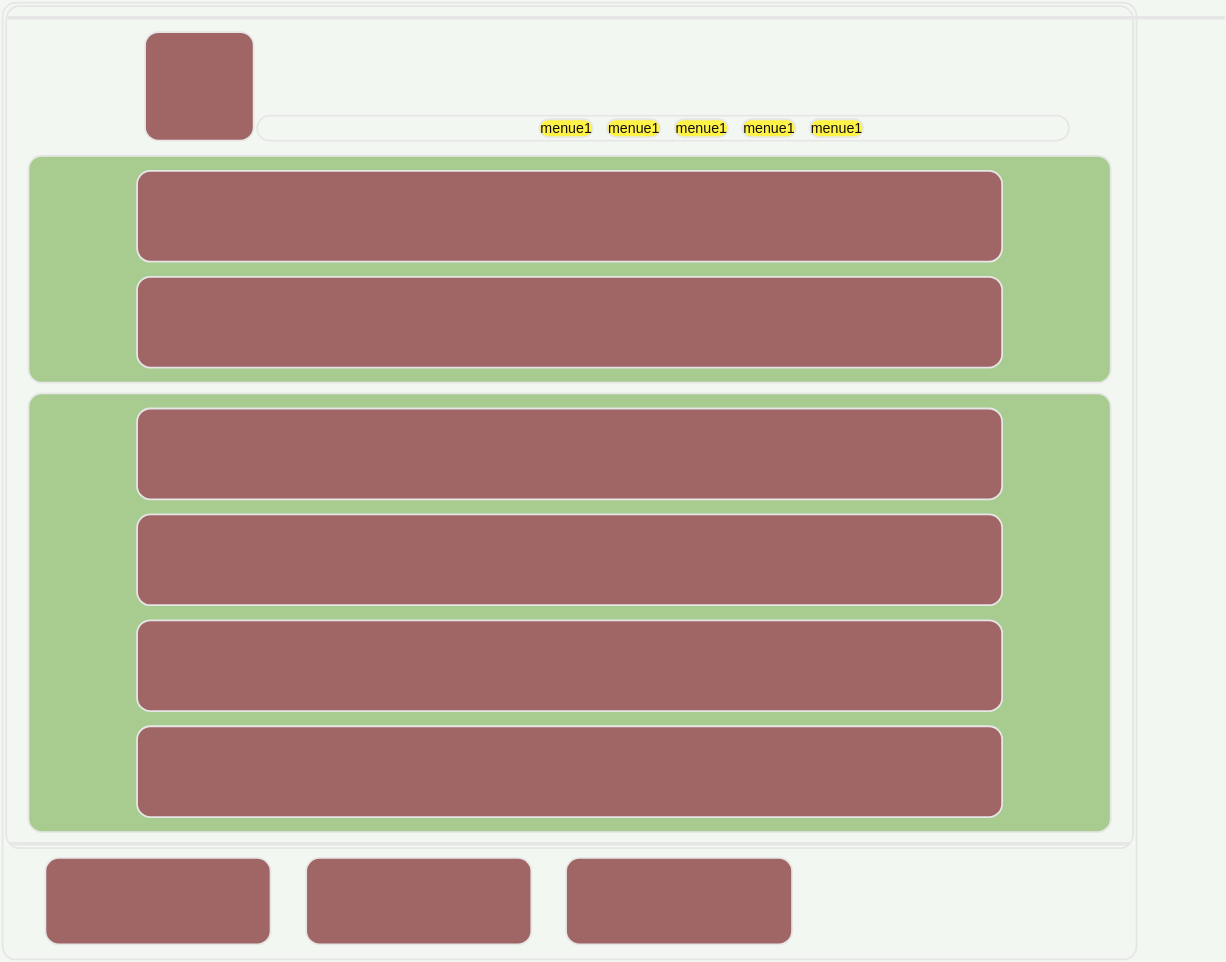
Repository: clairedupuich/cv-claireDUPUICH
Page: cv.html
An editor plug-in stored every save of this project. The page is shown before and after the next save, followed by the edit.
The browser window is 1280 px wide. The page is 1377 px wide, so the pictures cover 1377 px, including what lies to the right of the window. The pictures show the whole page, at 89% of full size.

Above is the page before, as saved 2020-10-08 16:57:47.

### cv.html
<!DOCTYPE html>
<html lang="fr" dir="ltr">
  <head>
    <meta charset="utf-8">
    <title>Exercice</title>
    <link rel="stylesheet" href="cv.css">
  </head>
  <body>
    <section class="header">
        <div class="img">
        </div>

            <ul class="nav">
                <li>menue1</li>
                <li>menue1</li>
                <li>menue1</li>
                <li>menue1</li>
                <li>menue1</li>
            </ul>

    </section>
      <section class="section1">
          <div class="article1_1">
          </div>
          <div class="article1_2">
          </div>
      </section>
      <section class="section2">
        <div class="article2_1">
        </div>
        <div class="article2_2">
        </div>
        <div class="article2_3">
        </div>
        <div class="article2_4">
        </div>
      </section>
      <footer>
          <div class='footer1'>
          </div>
        <div class="footer2">
        </div>

        <div class="footer3">
        </div>
    </footer>
  </body>
</html>

### cv.css
* {
    font-family: Avenir, sans-serif;
    border: 2px solid rgb(230, 230, 230);
    border-radius: 16px;
    margin: 2px;

}
@media screen and (min-width: 768px) and (max-width: 992px){


    body {
        background-color: azure;


    }
    section {
        margin-top: 10px;
        width: 95%;
        background-color: rgb(156, 156, 129);


    }
    div {
        margin: 15px auto;
        width:80% ;
        height: 100px;
        background-color: rgb(83, 83, 83);
    }
    ul {
        text-align: center;
        list-style: none;
        color: tomato;
    }

    footer,
    .header{
        background-color:rgb(162, 211, 233);
    }

    .footer2,
    .footer1 {
        height: 45px;
        width: 20%;
        float: left;

    }
    .footer1{
        margin-left: 25%;
        margin-right: 10%;
    }

    .footer3 {
        clear: both;
        height: 50px;
    }
    .img {
        width:120px;
        height: 120px;
        text-align: left;
    }

}
@media screen and (min-width: 992px) and (max-width: 1200px){

    body {
        background-color: rgb(153, 192, 192);


    }
    section {
        margin: 10px auto;
        width: 96%;
        background-color: rgb(248, 248, 194);


    }
    div {
        margin: 15px auto;
        width:80% ;
        height: 100px;
        background-color: rgb(207, 199, 199);
    }
    ul {
        text-align: center;
        list-style: none;
        color: rgb(212, 45, 15);
    }

    footer,
    .header{
        background-color:rgb(247, 247, 247);
    }

    .footer2,
    .footer1 {
        height: 45px;
        width: 20%;
        float: left;

    }
    .footer1{
        margin-left: 25%;
        margin-right: 10%;
    }

    .footer3 {
        clear: both;
        height: 50px;
    }
    .img {
        width:120px;
        height: 120px;
        text-align: left;
    }
}
@media screen and (min-width: 1200px){
    body {
        background-color: rgb(243, 247, 241);


    }
    section {
        margin: 10px auto;
        width: 96%;
        background-color: rgb(168, 204, 143);


    }
    div {
        margin: 15px auto;
        width:80% ;
        height: 100px;
        background-color: rgb(160, 101, 101);
    }
    ul {
        text-align: center;
        list-style: none;
        color: rgb(17, 16, 16);
        width: 50%;
        margin-top: 9%;
        padding-left: 25%;
    }


    li{
        background-color: rgb(255, 243, 71);
        margin-left: 2%;
    }
    .header{
        padding-left: 12%;
    }
    .img,
    ul,
    li {
        float: left;
    }

    .section1 {
        clear: both;
    }
    footer,
    .header{
        background-color:rgb(245, 237, 237);
    }

    .footer1,
    .footer2,
    .footer3 {
        height: 95px;
        width: 20%;
        float: left;
        margin-left: 3%;
    }
    .footer1{

    }


    .img {
        width:120px;
        height: 120px;
        text-align: left;
    }
}

After the next save:
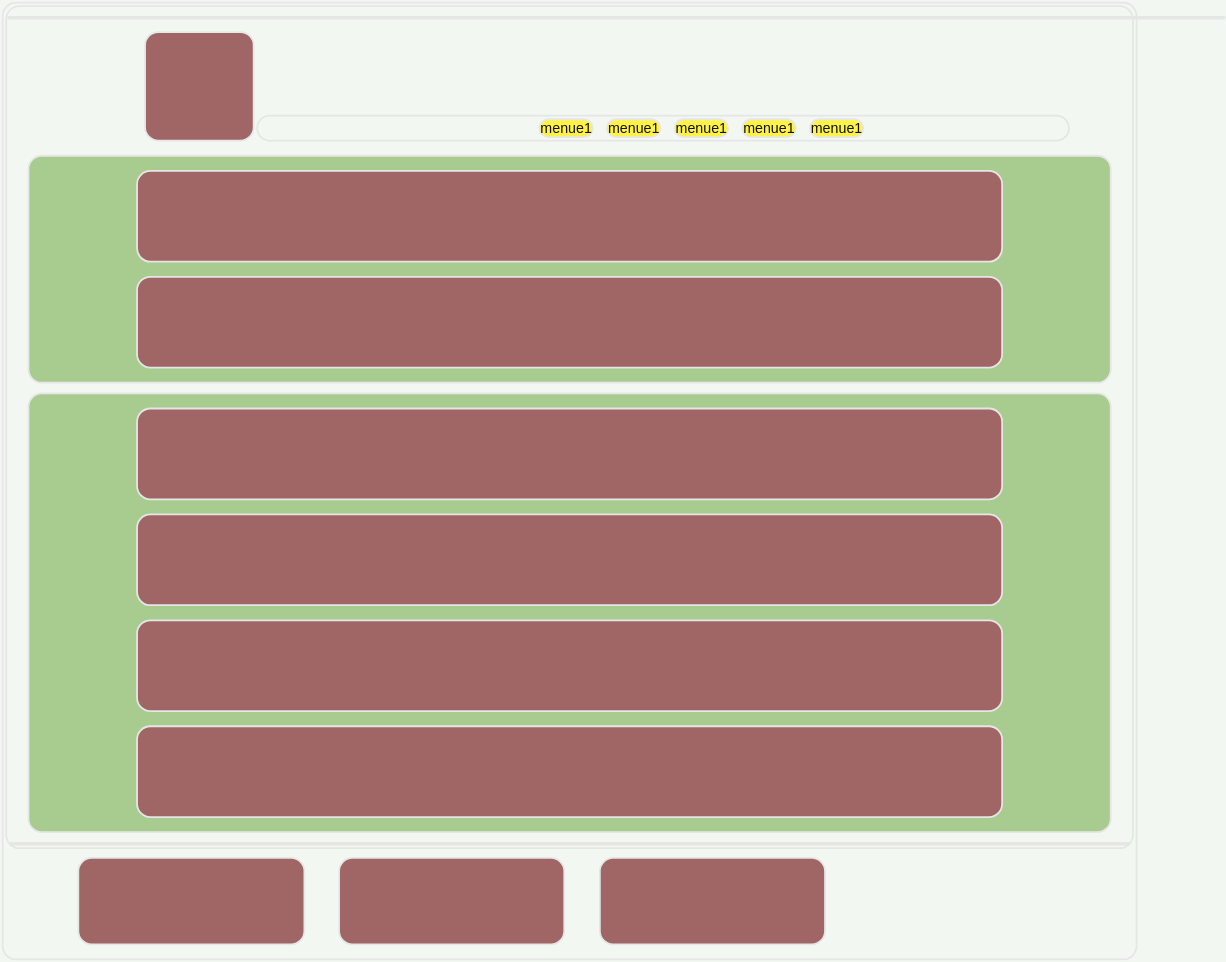
Saved 46 s later.
--- a/cv.css
+++ b/cv.css
@@ -172,7 +172,7 @@
         margin-left: 3%;
     }
     .footer1{
-
+        margin-left: 6%;
     }
 
 

After the save that followed:
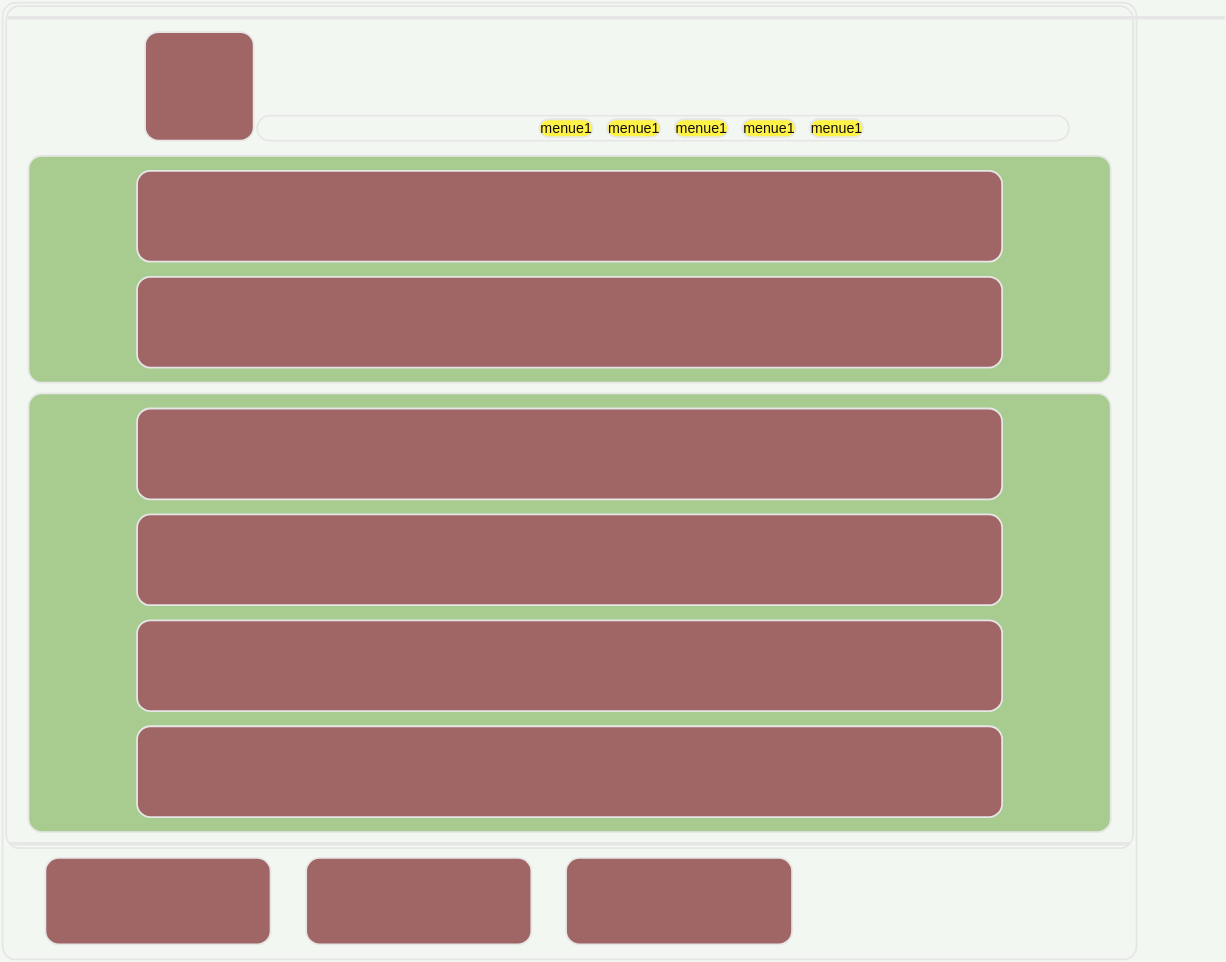
Saved 43 s later.
--- a/cv.css
+++ b/cv.css
@@ -171,8 +171,8 @@
         float: left;
         margin-left: 3%;
     }
-    .footer1{
-        margin-left: 6%;
+    footer{
+        paddign-left: 6%;
     }
 
 
